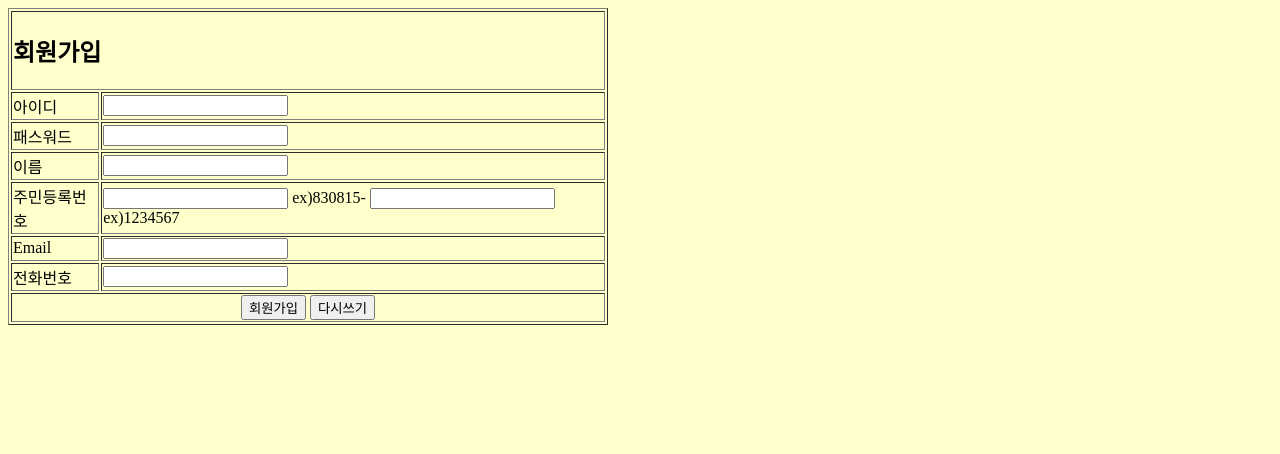
Repository: Chaelin02/2-_JSP
Page: http://localhost/BasicJSP/jdbc07/member_2312.jsp
These files come from the project's save history. The page is drawn as it stood at one moment and after the next save; the edit follows.
The browser window is 1280 px wide. The pictures show the whole page.
The page is served by Tomcat 9.

Above is the page before, as saved 2019-06-24 02:03:08.

After the next save:
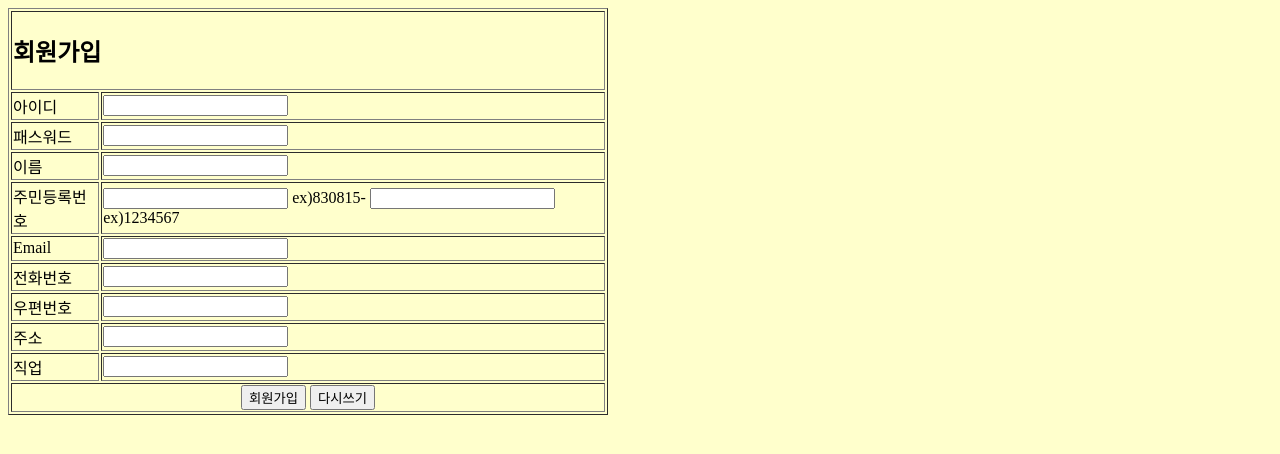
Saved 33 s later.
--- a/BasicJSP/WebContent/jdbc07/member_2312.jsp
+++ b/BasicJSP/WebContent/jdbc07/member_2312.jsp
@@ -41,6 +41,21 @@
 		<td><input type="text" name="birthday"></td>
 
 	</tr>
+	<tr>
+		<td>우편번호</td>
+		<td><input type="text" name="birthday"></td>
+
+	</tr>
+	<tr>
+		<td>주소</td>
+		<td><input type="text" name="birthday"></td>
+
+	</tr>
+	<tr>
+		<td>직업</td>
+		<td><input type="text" name="birthday"></td>
+
+	</tr>
 <tr width=300>
 	<td colspan=3>
 	<center>
